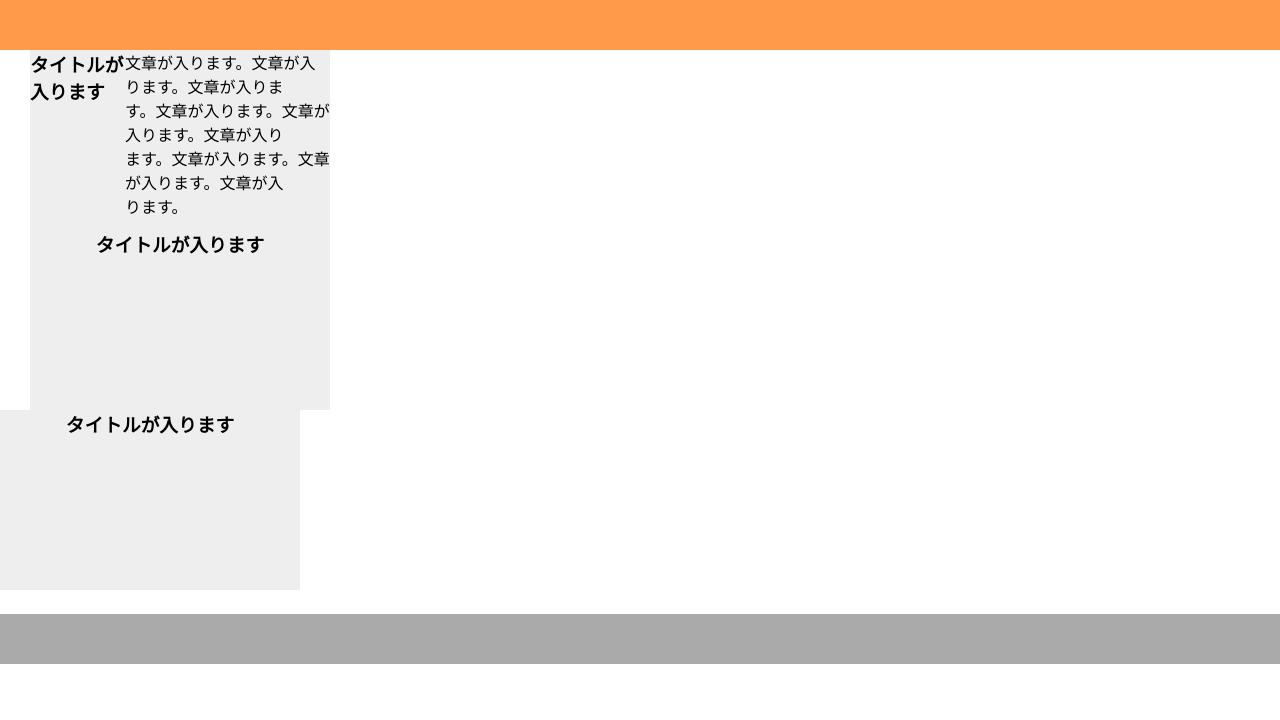
Repository: yesohnuki/shinya-ohnuki
Page: caravan/10.html
The author's editor kept a record of every edit. The page is drawn from the files as they stood at one moment, then again after the next edit.
The browser window is 1280 px wide. The pictures show the whole page.

Above is the page before.

### caravan/10.html
<!DOCTYPE html>
<html>
  <head>
    <meta charset="UTF-8" />
    <link rel="stylesheet" href="10.css" />
    <title>CARAVAN</title>
  </head>

  <body>
    <header>
      <div class="box1"></div>
    </header>

    <div class="main">
      <div class="blog">
       <h3 class="blog-text">タイトルが入ります</h3>
        <p class="main-name">
          文章が入ります。文章が入ります。文章が入りま<br />
          す。文章が入ります。文章が入ります。文章が入り<br />
          ます。文章が入ります。文章が入ります。文章が入<br />
          ります。<br />
        </p>
    </div>


       <h3 class="sidebar-left">タイトルが入ります</h3>

       <h3 class="sidebar-right">タイトルが入ります</h3>
      </section>
　　</main>

    <footer>
      <div class="box2"></div>
    </footer>
  <body>
</html>

### caravan/10.css
* {
  margin: 0;
  padding: 0;
  box-sizing: border-box;
}

.box1 {
  height: 50px;
  width: 100%;
  background-color: #FF9A4B;
}

.blog {
  height: 180px;
  width: 300px;
  background-color: #EEEEEE;
  display: flex; /* Flexboxの利用 */
  justify-content: center;
  margin-right: 30px; /* 領域の右側余白 */
  margin-left: 30px;
}

.sidebar-left {
  height: 180px;
  width: 300px;
  background-color: #EEEEEE;
  display: flex; /* Flexboxの利用 */
  justify-content: center;
  margin-right: 30px; /* 領域の右側余白 */
  margin-left: 30px;
}

.sidebar-right {
  height: 180px;
  width: 300px;
  background-color: #EEEEEE;
  display: flex; /* Flexboxの利用 */
  justify-content: center;
}

.box2 {
  height: 50px;
  width: 100%;
  background-color: #AAAAAA;
}

After the next edit:
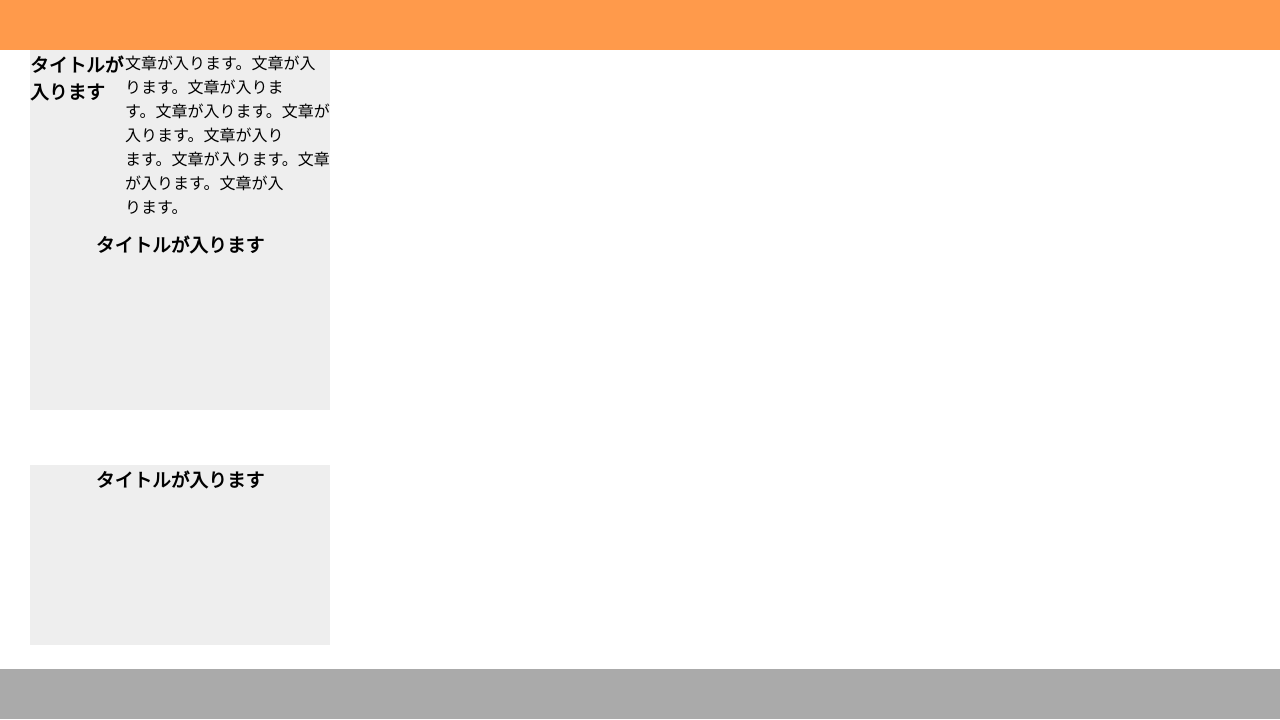
The edit:
--- a/caravan/10.css
+++ b/caravan/10.css
@@ -36,6 +36,10 @@
   background-color: #EEEEEE;
   display: flex; /* Flexboxの利用 */
   justify-content: center;
+  margin-top: 55px;
+  margin-bottom: 50px
+  margin-right: 30px; /* 領域の右側余白 */
+  margin-left: 30px;
 }
 
 .box2 {
